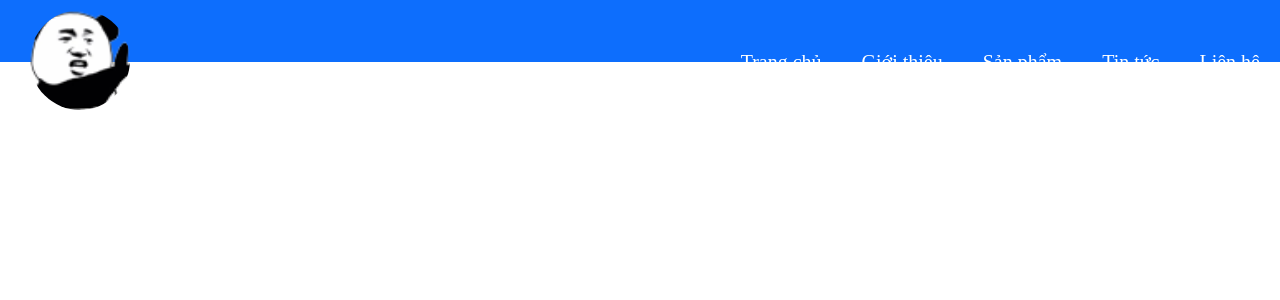
Repository: ThuatDev/BTVN_FE_JUNE
Page: buoi6.html
An editor plug-in stored every save of this project. The page is shown before and after the next save, followed by the edit.
The browser window is 1280 px wide. The pictures show the whole page.

Above is the page before, as saved 2023-08-12 16:15:02.

After the next save:
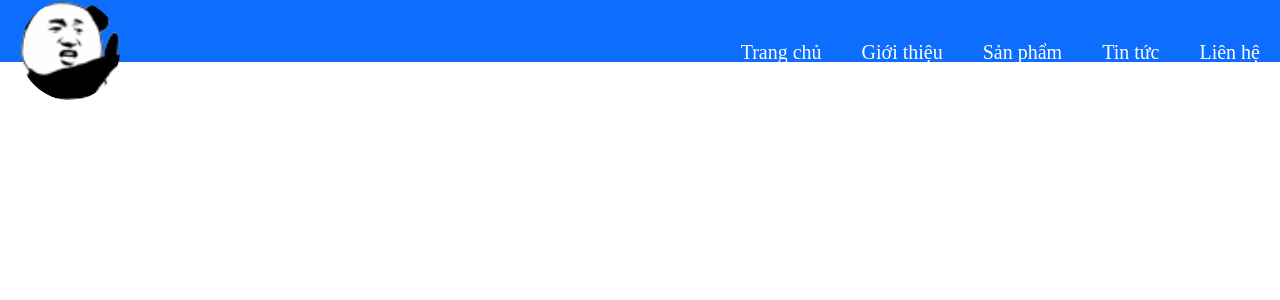
Saved 21 s later.
--- a/assets/style.css
+++ b/assets/style.css
@@ -14,7 +14,7 @@
   height: 100px;
   object-fit: cover;
   border-radius: 50%;
-  margin: 10px;
+  /* margin: 10px; */
 }
 .navbar {
   display: flex;
